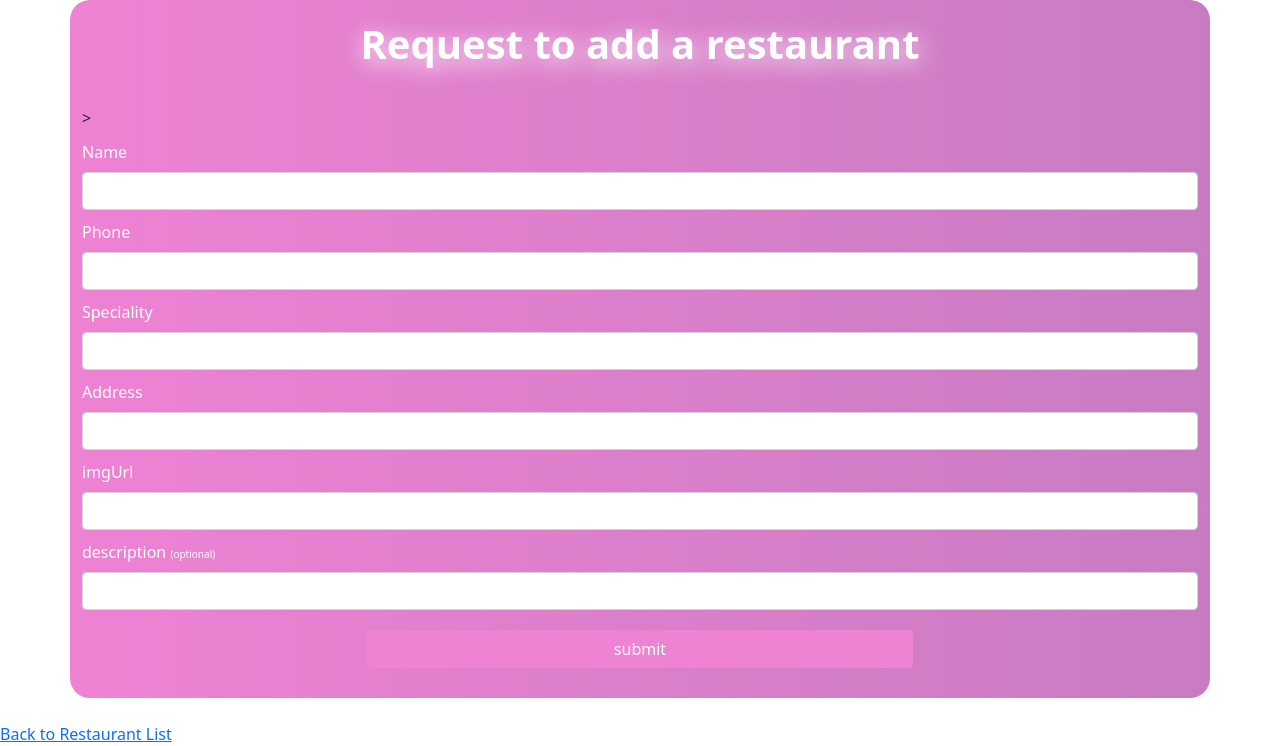
Repository: eyaajili/j2ee
Page: http://localhost/projet_j2ee/addRestaurant.jsp
An editor plug-in stored every save of this project. The page is shown before and after the next save, followed by the edit.
The browser window is 1280 px wide. The pictures show the whole page.
The page is served by Tomcat 9. Other server files are loaded and not shown.

Above is the page before, as saved 2023-04-29 21:24:11.

### projet j2ee/src/main/webapp/addRestaurant.jsp
<%@ page language="java" contentType="text/html; charset=ISO-8859-1"
    pageEncoding="ISO-8859-1"%>
<%@ taglib prefix="c" uri="http://java.sun.com/jsp/jstl/core" %>
<!DOCTYPE html>
<html lang="en">
<head>
    <meta charset="UTF-8">
    <meta http-equiv="X-UA-Compatible" content="IE=edge">
    <meta name="viewport" content="width=device-width, initial-scale=1.0">
    <title>Request</title>
    <link
    href="https://cdn.jsdelivr.net/npm/bootstrap@5.0.2/dist/css/bootstrap.min.css"
    rel="stylesheet"
    integrity="sha384-EVSTQN3/azprG1Anm3QDgpJLIm9Nao0Yz1ztcQTwFspd3yD65VohhpuuCOmLASjC"
    crossorigin="anonymous"
  />
  <style>
    .title{
        color: white;
         font-weight: 700;
        text-align: center;
        margin-top: 20PX;
        text-shadow: 2px 5px 25px white;;
    }
    label{
      color: white;
    }

    .request{
      margin-top: 30px;
    }

    .field{
      margin-top: 10PX;
      margin-bottom: 10PX;
    }

    .container{
      border-radius: 20PX;
    }
  </style>
</head>
<body>
    <div class="container" style="
    background-image: linear-gradient(
      90deg,
      #ee82d3,
      rgba(194, 109, 188, 0.9)
    );
  ">
    <div class="row">
      <h1 class="title">Request to add a restaurant</h1>
    </div>
    <div class="row">
      <form class="request" form method="get" action="Servlet">
>
        <div class="field">
          <label class="form-label" for="name">Name</label>
          <input name="name" class="form-control" type="text">
        </div>
                <div class="field">
          <label class="form-label" for="phone">Phone</label>
          <input name="phone" class="form-control" type="text">
        </div>

        <div class="field">
          <label class="form-label" for="speciality">Speciality</label>
          <input name="speciality" class="form-control" type="text">
        </div>
        <div class="field">
          <label class="form-label" for="address">Address</label>
          <input name="address" class="form-control" type="text">
        </div>
                <div class="field">
          <label class="form-label" for="imgUrl">imgUrl</label>
          <input name="imgUrl" class="form-control" type="text">
        </div>

        <div class="field">
          <label class="form-label" for="description" >description <span style="font-size: 10PX;">(optional)</span></label>
          <input class="form-control" type="text">
        </div>
        <div class="row">
          <div class="col-3"></div>
          <div class="col-6"><div class="d-grid gap-2">
          <button class="btn" style="margin-top: 10px; margin-bottom: 30px; background-color: #ee82d3; color: white;"value="Add" type="submit">submit</button></div></div>
          <div class="col-3"></div>
        </div>
        <input type="hidden" name="action" value="addRestaurant">
      </form>
    </div>
    </div>
    <br>
                  <a href="Servlet?action=listRestaurant">Back to Restaurant List</a>
</body>
</html>

After the next save:
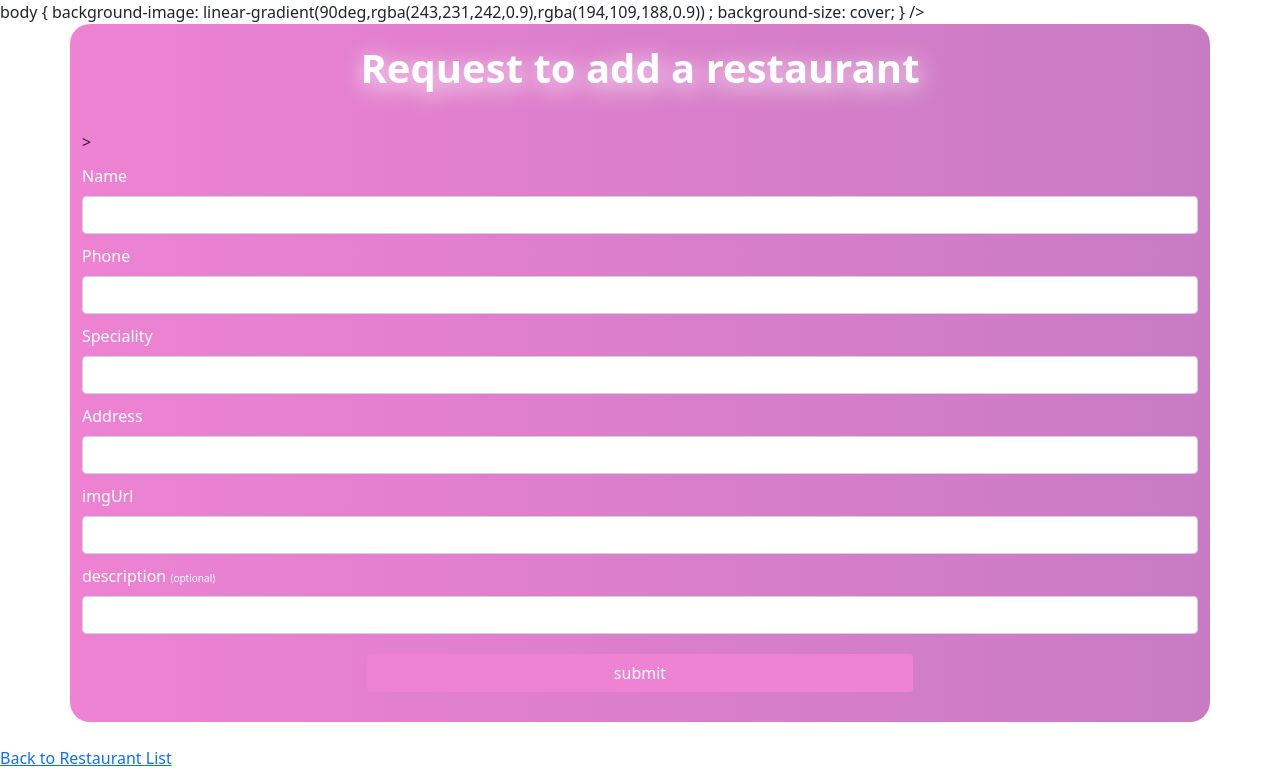
Saved 22 s later.
--- a/projet j2ee/src/main/webapp/addRestaurant.jsp
+++ b/projet j2ee/src/main/webapp/addRestaurant.jsp
@@ -13,6 +13,13 @@
     rel="stylesheet"
     integrity="sha384-EVSTQN3/azprG1Anm3QDgpJLIm9Nao0Yz1ztcQTwFspd3yD65VohhpuuCOmLASjC"
     crossorigin="anonymous"
+     <style>
+      body {
+        background-image: linear-gradient(90deg,rgba(243,231,242,0.9),rgba(194,109,188,0.9)) ;
+        background-size: cover;
+
+      }
+      </style>
   />
   <style>
     .title{
